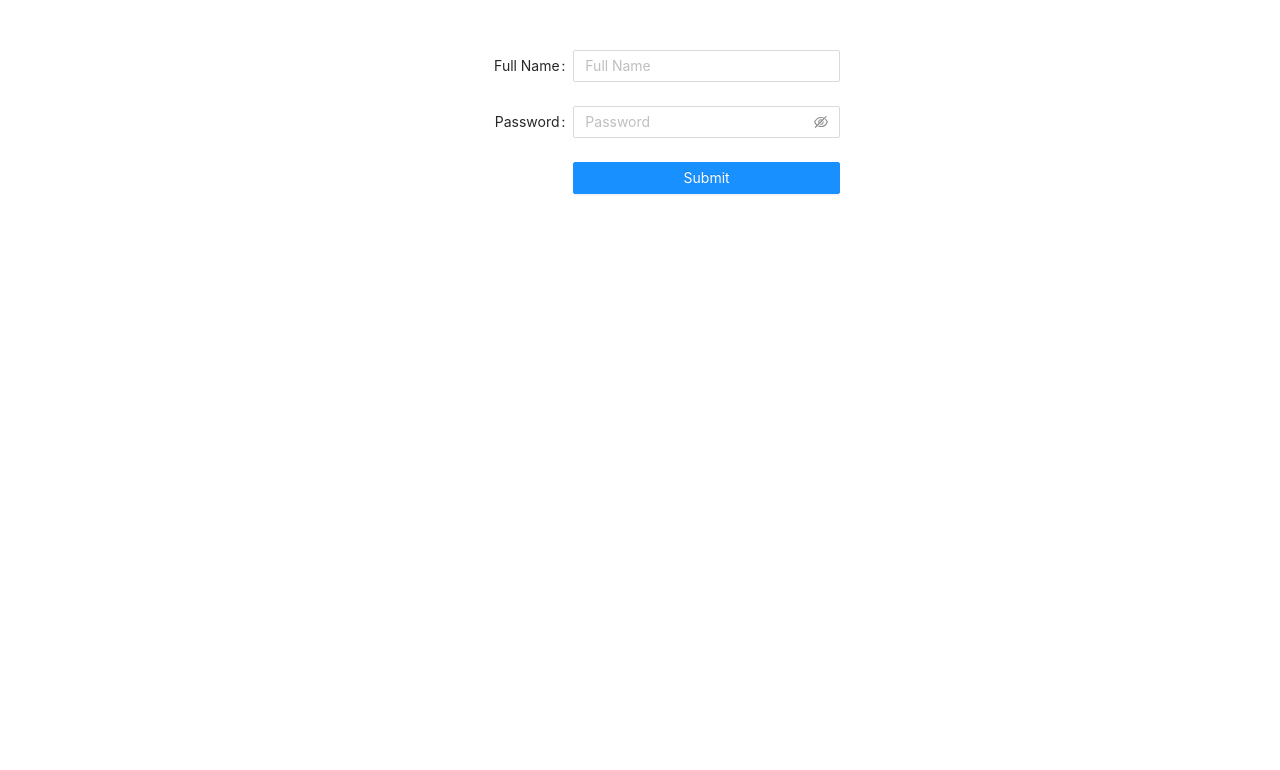
Repository: baodien1405/module-form
Page: /
An editor plug-in stored every save of this project. The page is shown before and after the next save, followed by the edit.
The browser window is 1280 px wide. The pictures show the whole page.
The project was rebuilt for these pictures with package versions that can differ from the ones it lists, and the page was loaded fresh each time.

Above is the page before, as saved 2021-09-09 13:39:47.

### src/index.tsx
import React from 'react';
import ReactDOM from 'react-dom';
import "antd/dist/antd.css";
import './index.css';
import App from './App';
import { store } from './app/store';
import { Provider } from 'react-redux';
import * as serviceWorker from './serviceWorker';

ReactDOM.render(
  <React.StrictMode>
    <Provider store={store}>
      <App />
    </Provider>
  </React.StrictMode>,
  document.getElementById('root')
);

// If you want your app to work offline and load faster, you can change
// unregister() to register() below. Note this comes with some pitfalls.
// Learn more about service workers: https://bit.ly/CRA-PWA
serviceWorker.unregister();

### src/index.css
@import url("https://fonts.googleapis.com/css2?family=Poppins:ital,wght@0,100;0,200;0,800;0,900;1,100;1,200;1,800;1,900&display=swap");

body {
  margin: 0;
  font-family: -apple-system, BlinkMacSystemFont, "Poppins", "Roboto", "Oxygen",
    "Ubuntu", "Cantarell", "Fira Sans", "Droid Sans", "Helvetica Neue",
    sans-serif;
  -webkit-font-smoothing: antialiased;
  -moz-osx-font-smoothing: grayscale;
}

code {
  font-family: source-code-pro, Menlo, Monaco, Consolas, "Courier New",
    monospace;
}

### src/App.tsx
import React from "react";
import "./App.css";
import OnboardingForm from "./features/onboarding/component/OnboardingForm";

export interface Account {
  fullname: string;
  password: string;
}

function App() {
  const initialValues: Account = {
    fullname: "",
    password: "",
  };

  const handleOnboardingFormSubmit = (formValues: Account) => {
    // do something here
    console.log("Form values: ", formValues);
  };
  return (
    <div className="App">
      <div className="container">
        <OnboardingForm
          onSubmit={handleOnboardingFormSubmit}
          initialValues={initialValues}
        />
      </div>
    </div>
  );
}

export default App;

### src/App.css
.App {
  /* text-align: center; */
}

.App-logo {
  height: 40vmin;
  pointer-events: none;
}

@media (prefers-reduced-motion: no-preference) {
  .App-logo {
    animation: App-logo-float infinite 3s ease-in-out;
  }
}

.App-header {
  min-height: 100vh;
  display: flex;
  flex-direction: column;
  align-items: center;
  justify-content: center;
  font-size: calc(10px + 2vmin);
}

.App-link {
  color: rgb(112, 76, 182);
}

@keyframes App-logo-float {
  0% {
    transform: translateY(0);
  }
  50% {
    transform: translateY(10px);
  }
  100% {
    transform: translateY(0px);
  }
}

.container {
  width: 400px;
  margin: 50px auto;
}

### src/features/onboarding/component/OnboardingForm.tsx
import { yupResolver } from "@hookform/resolvers/yup";
import { Button, Form } from "antd";
import { InputField } from "components/FormFields/InputField";
import { PasswordField } from "components/FormFields/PasswordField";
import { useForm } from "react-hook-form";
import * as yup from "yup";

export interface Account {
  fullname: string;
  password: string;
}

export interface AccountFormProps {
  initialValues?: Account;
  onSubmit?: (formValues: Account) => void;
}

const schema = yup.object().shape({
  fullname: yup.string().required("Please enter your full name"),
  password: yup.string().required("Please enter your password"),
});

export default function OnboardingForm({
  initialValues,
  onSubmit,
}: AccountFormProps) {
  const {
    control,
    handleSubmit,
    formState: { isSubmitting },
  } = useForm<Account>({
    defaultValues: initialValues,
    resolver: yupResolver(schema),
  });

  const handleFormSubmit = async (formValues: Account) => {
    try {
      await onSubmit?.(formValues);

      // time of loading
      await new Promise((resolve) => {
        setTimeout(resolve, 3000);
      });
    } catch (error) {
      console.log("Failed to submit form value: ", error);
    }
  };

  return (
    <Form
      onFinish={handleSubmit(handleFormSubmit)}
      labelCol={{ span: 8 }}
      wrapperCol={{ span: 16 }}
    >
      <InputField name="fullname" label="Full Name" control={control} />

      <PasswordField name="password" label="Password" control={control} />

      <Form.Item wrapperCol={{ offset: 8, span: 16 }}>
        <Button block type="primary" htmlType="submit" loading={isSubmitting}>
          Submit
        </Button>
      </Form.Item>
    </Form>
  );
}

### src/components/FormFields/InputField.tsx
import { Form, Input } from "antd";
import React, { InputHTMLAttributes } from "react";
import { Control, useController } from "react-hook-form";

export interface InputFieldProps extends InputHTMLAttributes<HTMLInputElement> {
  name: string;
  control: Control<any>;
  label?: string;
}

export function InputField({ name, control, label }: InputFieldProps) {
  const {
    field: { onBlur, onChange, value, ref },
    fieldState: { invalid, error },
  } = useController({
    name,
    control,
  });
  return (
    <Form.Item
      label={label}
      name={name}
      rules={[{ required: invalid, message: error?.message }]}
    >
      <Input
        value={value}
        onChange={onChange}
        onBlur={onBlur}
        placeholder={label}
        ref={ref}
      />
    </Form.Item>
  );
}

### src/components/FormFields/PasswordField.tsx
import { Form, Input } from "antd";
import React, { InputHTMLAttributes } from "react";
import { Control, useController } from "react-hook-form";

export interface InputFieldProps extends InputHTMLAttributes<HTMLInputElement> {
  name: string;
  control: Control<any>;
  label?: string;
}

export function PasswordField({ name, control, label }: InputFieldProps) {
  const {
    field: { onBlur, onChange, value, ref },
    fieldState: { invalid, error },
  } = useController({
    name,
    control,
  });
  return (
    <Form.Item
      label={label}
      name={name}
      rules={[{ required: invalid, message: error?.message }]}
    >
      <Input.Password
        value={value}
        onChange={onChange}
        onBlur={onBlur}
        placeholder={label}
        ref={ref}
      />
    </Form.Item>
  );
}

Loaded but not shown: public/index.html (common file); src/app/store.ts (common file); src/serviceWorker.ts (common file); src/features/counter/counterSlice.ts (common file); src/features/counter/counterAPI.ts (common file)

After the next save:
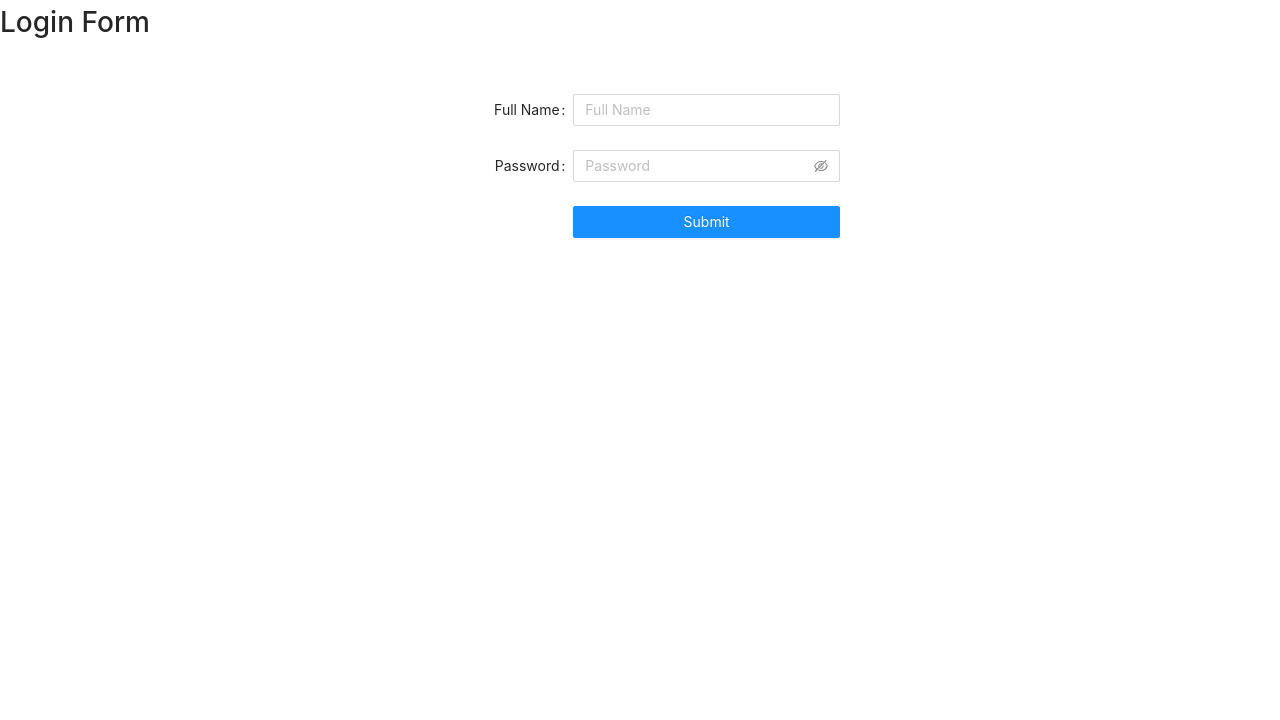
Saved 2 min 17 s later.
--- a/src/App.tsx
+++ b/src/App.tsx
@@ -19,6 +19,7 @@ function App() {
   };
   return (
     <div className="App">
+      <h1>Login Form</h1>
       <div className="container">
         <OnboardingForm
           onSubmit={handleOnboardingFormSubmit}
